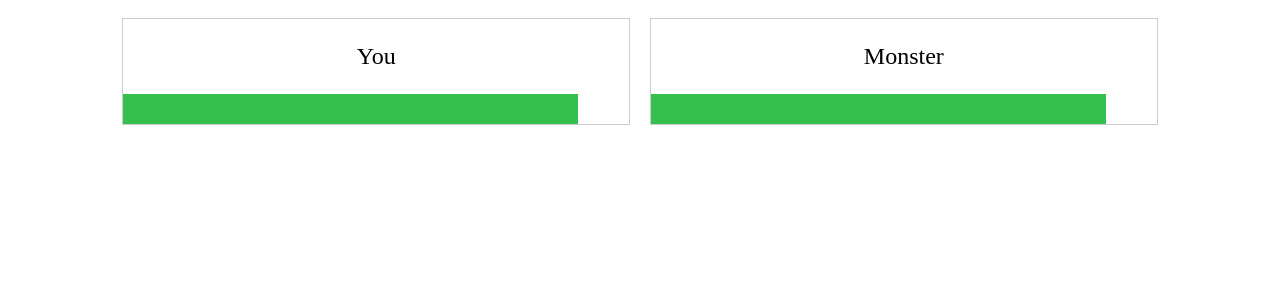
Repository: jakublack/game-fight-vue
Page: /
An editor plug-in stored every save of this project. The page is shown before and after the next save, followed by the edit.
The browser window is 1280 px wide. The pictures show the whole page.
The project was rebuilt for these pictures with package versions that can differ from the ones it lists, and the page was loaded fresh each time.

Above is the page before, as saved 2018-08-08 20:45:44.

### public/index.html
<!DOCTYPE html>
<html lang="en">
  <head>
    <meta charset="utf-8">
    <meta http-equiv="X-UA-Compatible" content="IE=edge">
    <meta name="viewport" content="width=device-width,initial-scale=1.0">
    <link rel="icon" href="<%= BASE_URL %>favicon.ico">
    <title>game-app</title>
  </head>
  <body>
    <noscript>
      <strong>We're sorry but game-app doesn't work properly without JavaScript enabled. Please enable it to continue.</strong>
    </noscript>
    <div id="app"></div>
    <!-- built files will be auto injected -->
  </body>
</html>

### src/components/Game.vue
<template>
  <div class="wrapper--app">
    <div class="wrapper--person">
      <div class="person--player">
        <p>You</p>
        <div class="person--health player--health"></div>
      </div>
      <div class="person--player">
        <p>Monster</p>
        <div class="person--health monster--health"></div>
      </div>
    </div>


  </div>

</template>

<script>
export default {
  name: 'Game',

}
</script>

<!-- Add "scoped" attribute to limit CSS to this component only -->
<style scss scoped>

.wrapper--person {
  text-align: center;
}

.person--player {
  width: 40%;
  display: inline-block;
  margin: 10px;
  text-align: center;
  border: 1px solid #ccc;
}

.person--player p {
  font-size: 24px;
}

.person--health {
  width: 90%;
  height: 30px;
  margin-block-end: 10px auto;
  background-color: #35BF4D;

}



</style>

Loaded but not shown: src/main.js (common file); src/App.vue (common file)

After the next save:
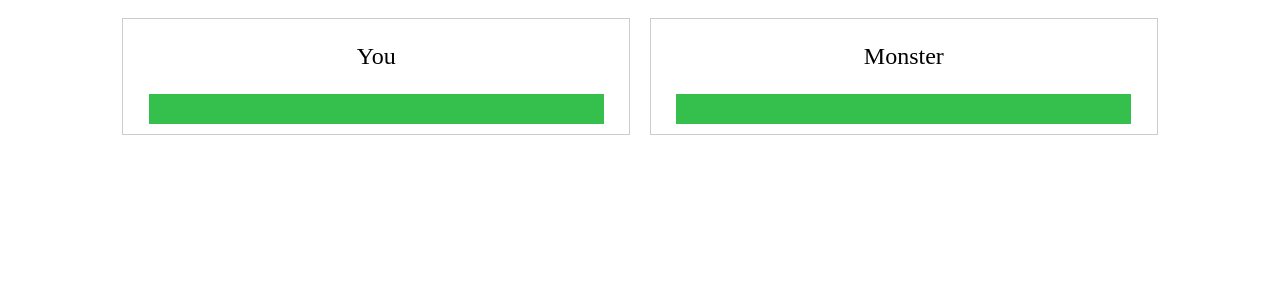
Saved 10 s later.
--- a/src/components/Game.vue
+++ b/src/components/Game.vue
@@ -45,7 +45,7 @@ export default {
 .person--health {
   width: 90%;
   height: 30px;
-  margin-block-end: 10px auto;
+  margin: 10px auto;
   background-color: #35BF4D;
 
 }
